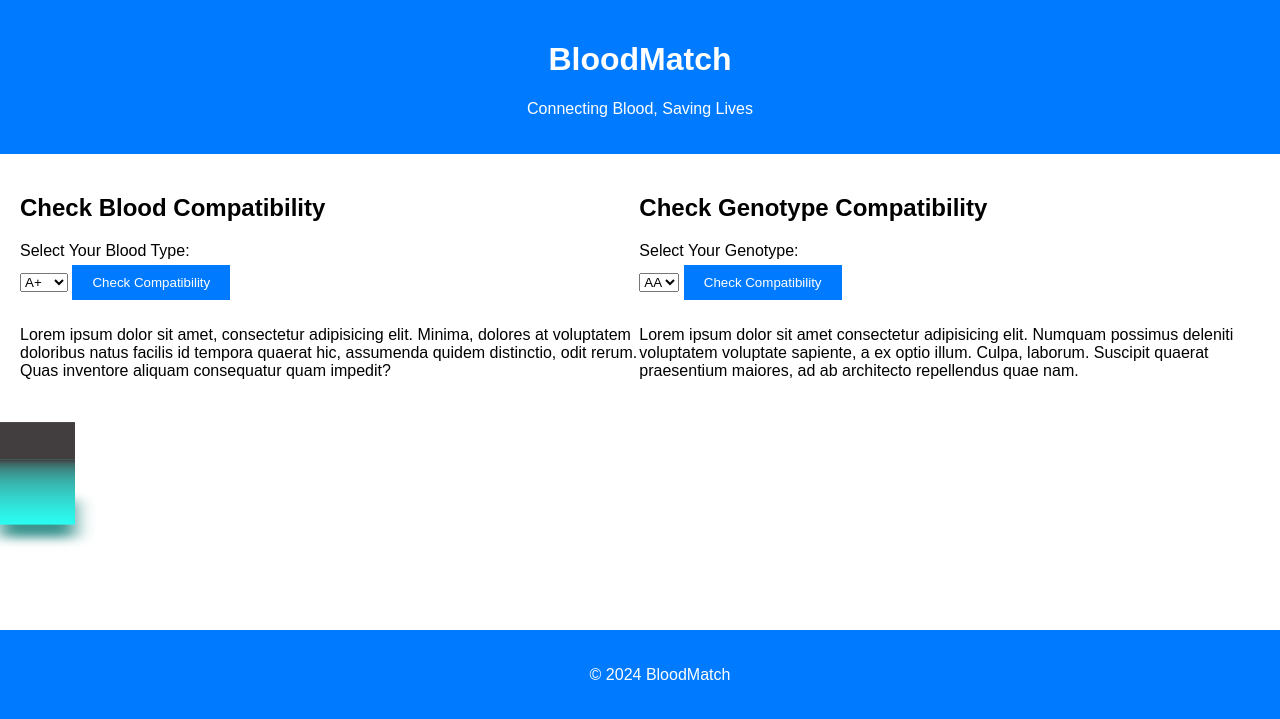
Repository: JuliusMonday/BloodMatch
Page: index.html
The author's editor kept a copy of each file at every save. The page is drawn from the files as they stood at one save, then again after the next save.
The browser window is 1280 px wide. The pictures show the whole page.

Above is the page before, as saved 2024-05-02 16:28:03.

After the next save:
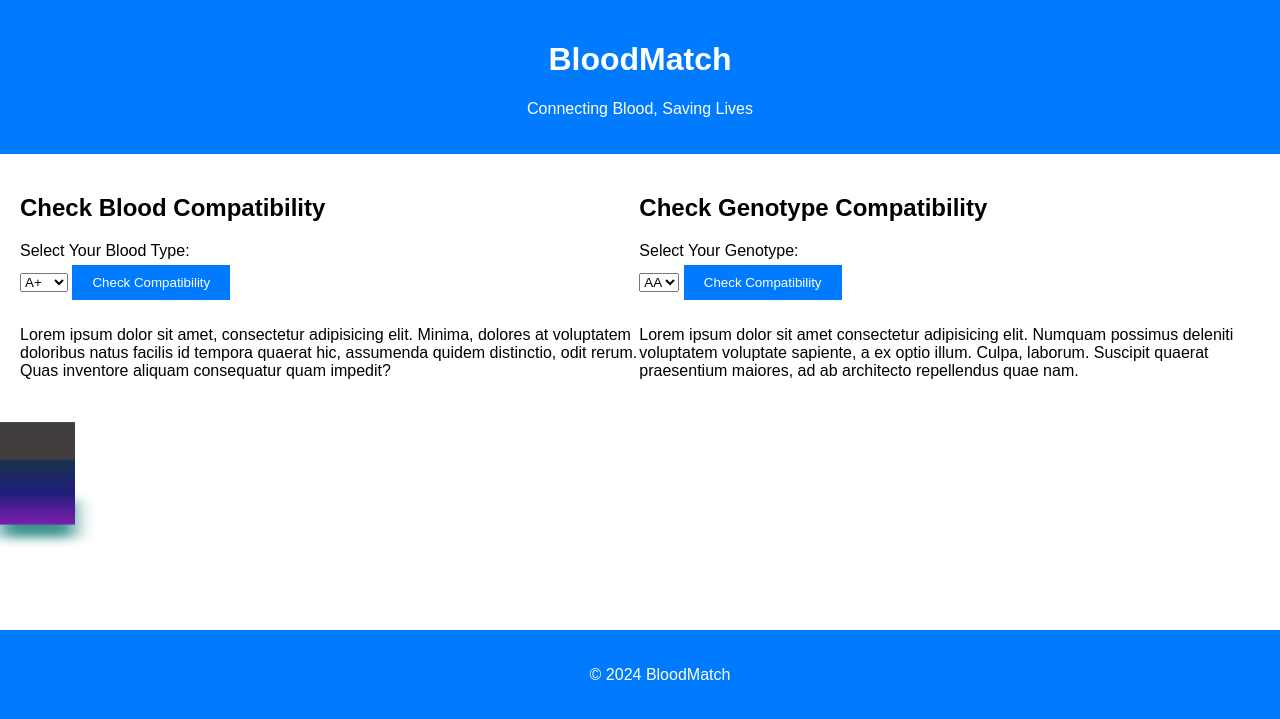
Saved 106 s later.
--- a/style.css
+++ b/style.css
@@ -84,23 +84,12 @@ body {
                                            /* width 75px / 2 = 37.5px */
         transform: rotateY(calc(90deg * var(--i))) translateZ(37.5px);
         background: linear-gradient(
-          to bottom,
-          hsl(330, 3.13%, 25.1%) 0%,
-          hsl(177.27, 21.71%, 32.06%) 5.5%,
-          hsl(176.67, 34.1%, 36.88%) 12.1%,
-          hsl(176.61, 42.28%, 40.7%) 19.6%,
-          hsl(176.63, 48.32%, 43.88%) 27.9%,
-          hsl(176.66, 53.07%, 46.58%) 36.6%,
-          hsl(176.7, 56.94%, 48.91%) 45.6%,
-          hsl(176.74, 62.39%, 50.91%) 54.6%,
-          hsl(176.77, 69.86%, 52.62%) 63.4%,
-          hsl(176.8, 76.78%, 54.08%) 71.7%,
-          hsl(176.83, 83.02%, 55.29%) 79.4%,
-          hsl(176.85, 88.44%, 56.28%) 86.2%,
-          hsl(176.86, 92.9%, 57.04%) 91.9%,
-          hsl(176.88, 96.24%, 57.59%) 96.3%,
-          hsl(176.88, 98.34%, 57.93%) 99%,
-          hsl(176.89, 99.07%, 58.04%) 100%
+  to bottom,
+  hsl(210, 50%, 20%) 0%, /* Dark blue */
+  hsl(240, 60%, 30%) 50%, /* Blue */
+  hsl(280, 70%, 40%) 100% /* Light blue */
+);
+
         );
       }
 
